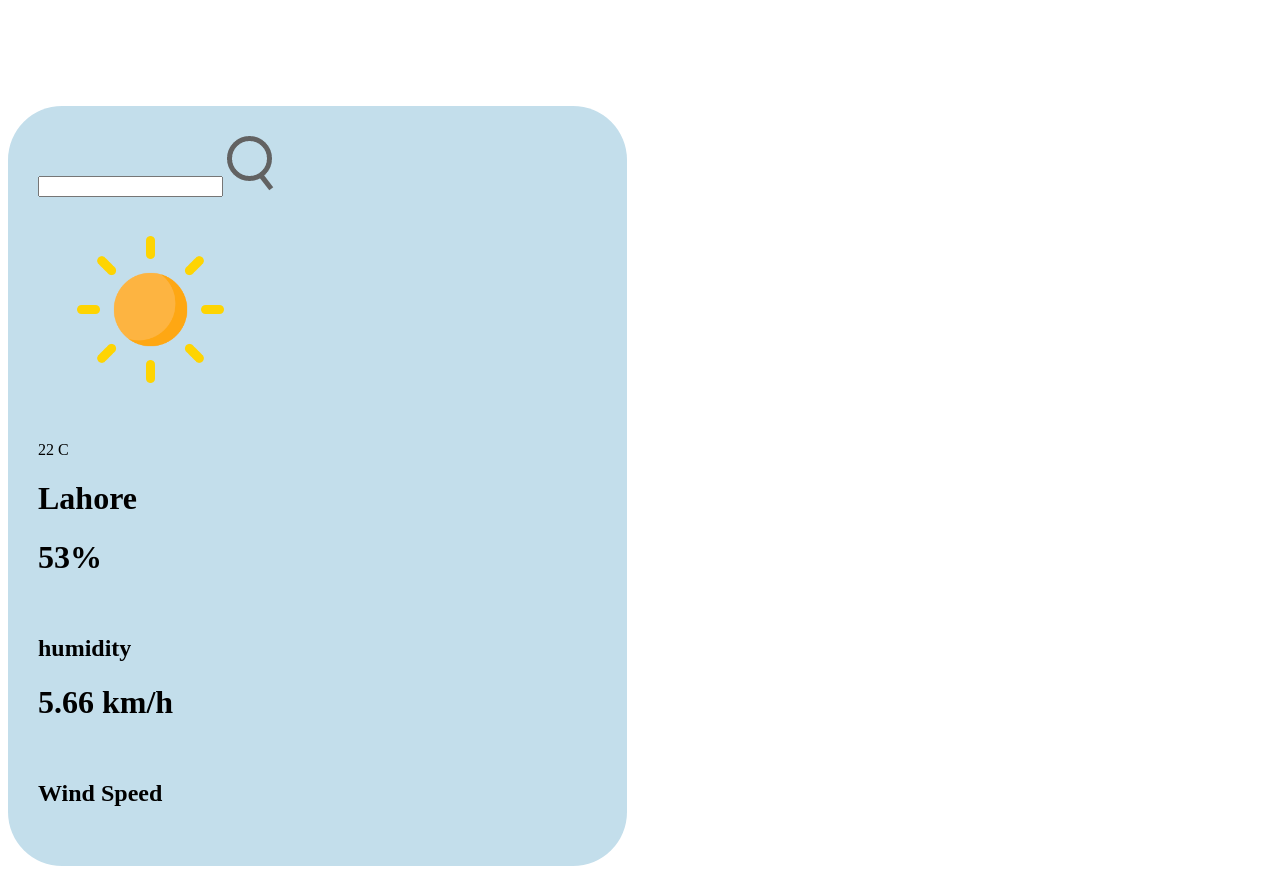
Repository: WajihaGul/Javascripts-Projects
Page: WEATHER APP/index.html
These files come from the project's save history. The page is drawn as it stood at one moment and after the next save; the edit follows.
The browser window is 1280 px wide. The pictures show the whole page.

Above is the page before, as saved 2024-06-07 15:13:19.
Not found: WEATHER APP/script.js

### WEATHER APP/index.html
<!DOCTYPE html>
<html>
    <head>
        <meta charset="utf-8">
        <meta http-equiv="X-UA-Compatible" content="IE=edge">
        <title></title>
        <meta name="description" content="">
        <meta name="viewport" content="width=device-width, initial-scale=1">
        <link rel="stylesheet" href="./style.css">
    </head>
    <body>
            <div class="MainDiv">
                <div class="Search">
                <input type="search">
                <img src="/images/search.png" alt="SearchLogo">
            </div>

            <div class="SecDiv">
                <div class="weather">
                <img src="./images/clear.png" alt="weather here">
                </div>
                <div class="temp">
                    <p>22 C</p>
                </div>
                <div class="cityName">
                    <h1>Lahore</h1>
                </div>
                <div class="humidity">
                    <h1>53%</h1>
                    <br>
                    <h2>humidity</h2>
                </div>
                <div class="windSpeed">
                    <h1>5.66 km/h</h1>
                    <br>
                    <h2>Wind Speed</h2>
                </div>
            </div>
        </div>
        <script src="./script.js" async defer></script>
    </body>
</html>

### WEATHER APP/style.css
.MainDiv{
    background-color: #c3deeb;
    /* margin: 0 auto; */
    width: 559px;
    /* display: flex; */
    margin-top: 106px;
    border-radius: 54px;
    height: 700px;
    padding: 30px
}

After the next save:
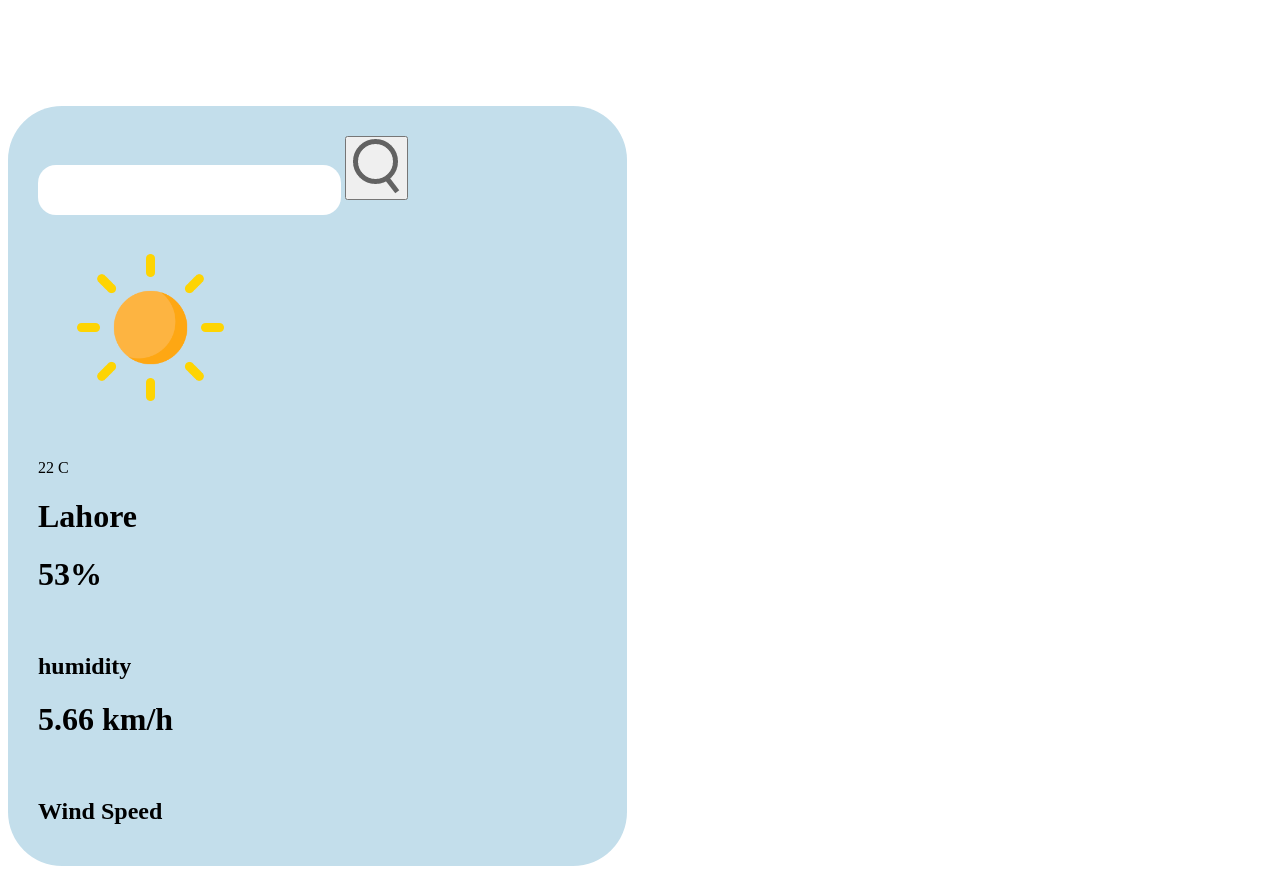
Saved 2 min 27 s later.
--- a/WEATHER APP/index.html
+++ b/WEATHER APP/index.html
@@ -10,9 +10,10 @@
     </head>
     <body>
             <div class="MainDiv">
-                <div class="Search">
-                <input type="search">
-                <img src="/images/search.png" alt="SearchLogo">
+                <div >
+                <input type="search" class="Search">
+
+                <button><img src="/images/search.png" alt="SearchLogo"></button>
             </div>
 
             <div class="SecDiv">
--- a/WEATHER APP/style.css
+++ b/WEATHER APP/style.css
@@ -8,3 +8,10 @@
     height: 700px;
     padding: 30px
 }
+.Search{
+    width: 303px;
+    height: 50px;
+    border-radius: 18px;
+    padding: 10px;
+    border-color: transparent;
+}
